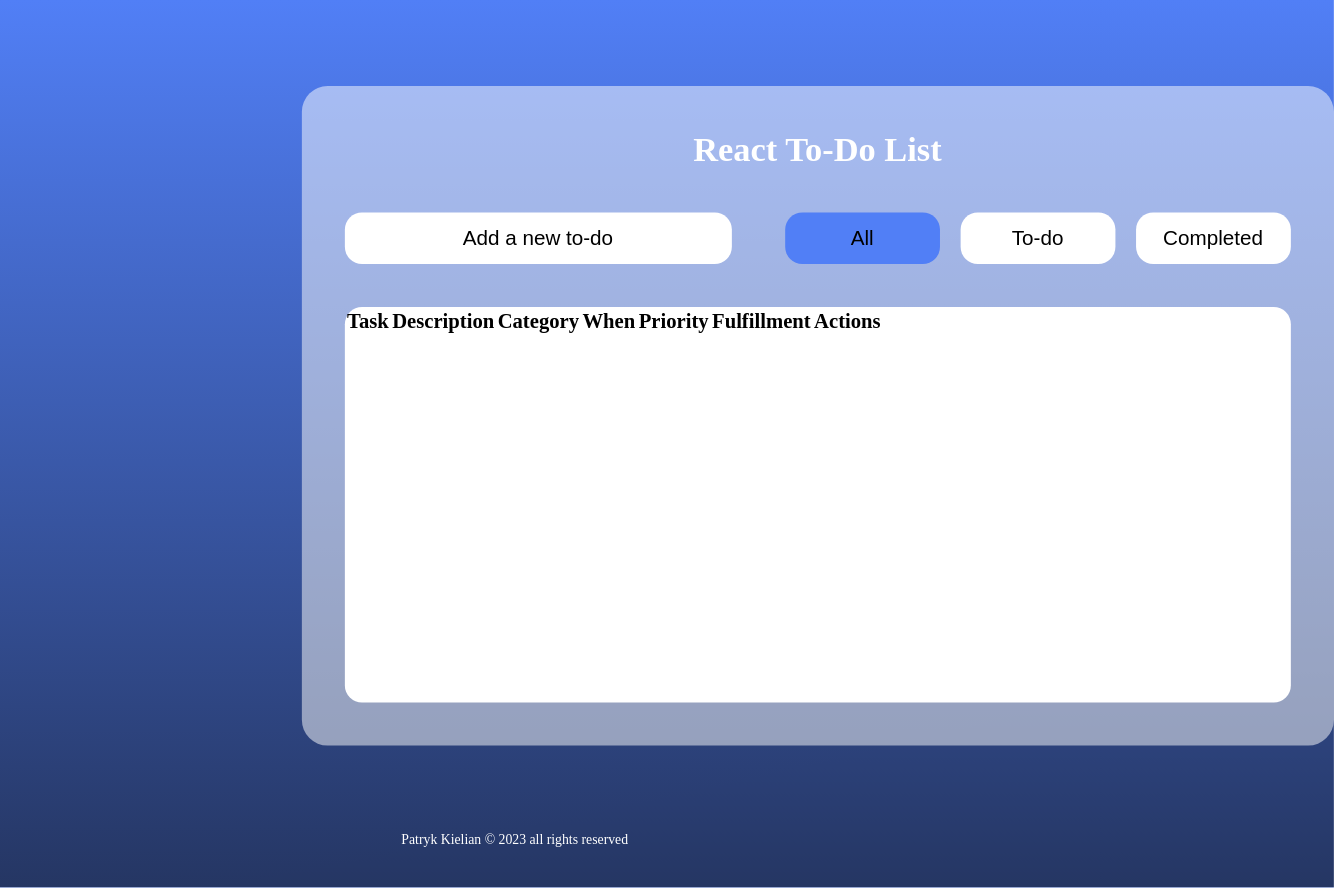
Repository: mirajane2/maquette-todo
Page: index.html
An editor plug-in stored every save of this project. The page is shown before and after the next save, followed by the edit.
The browser window is 1280 px wide. The page is 1551 px wide, so the pictures cover 1551 px, including what lies to the right of the window. The pictures show the whole page, at 86% of full size.
The page's requests for data from a server got no answer.

Above is the page before, as saved 2024-11-14 15:50:58.

After the next save:
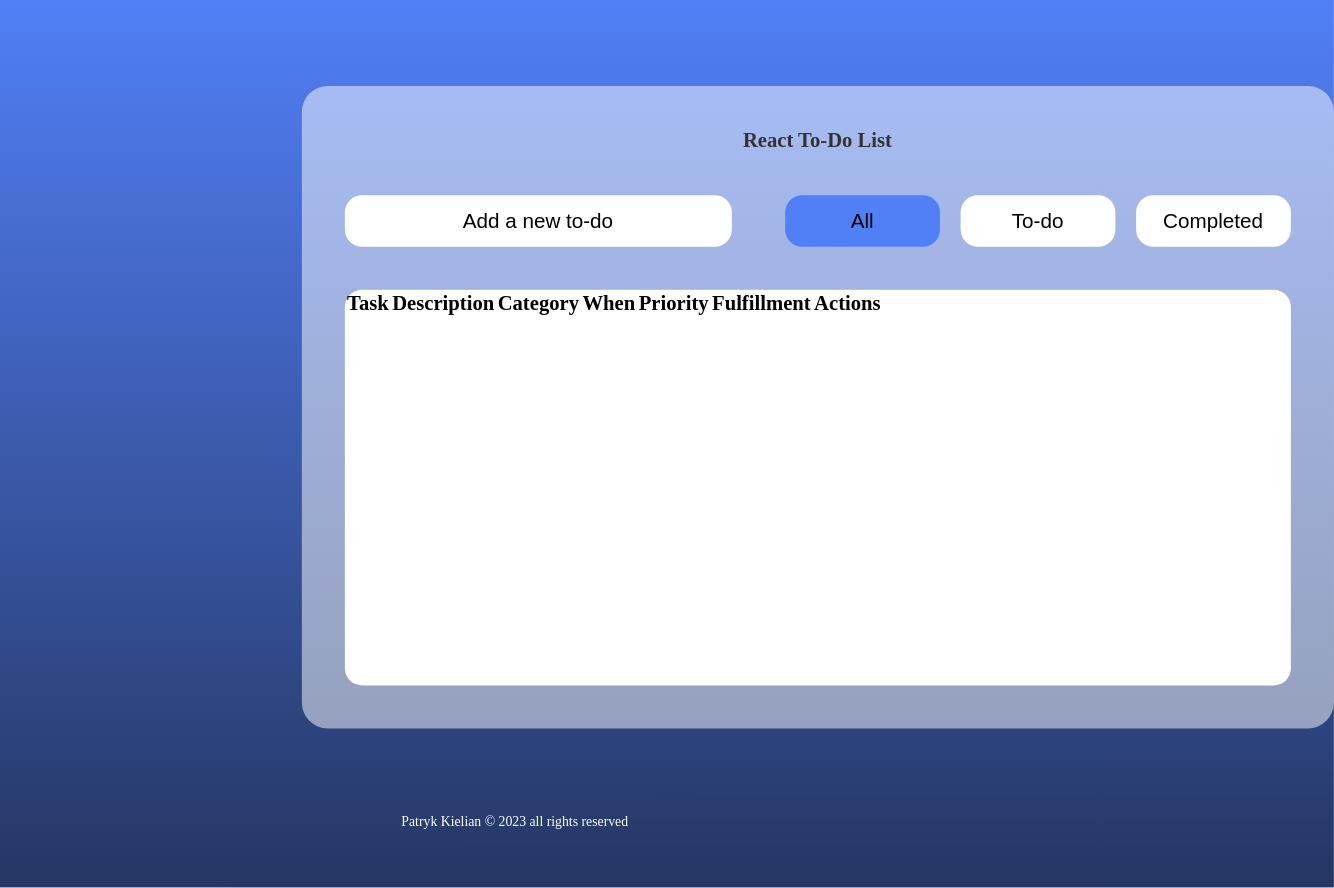
Saved 10 s later.
--- a/index.css
+++ b/index.css
@@ -91,6 +91,41 @@
     text-align: center;
 
 }
+.form-container {
+    display: flex;
+    align-items: center;
+    justify-content: center;
+    min-height: 100vh;
+    background: linear-gradient(135deg, #a5c0ff, #708eff);
+}
+
+/* Modal Content */
+.modal-content {
+    background-color: #ffffff;
+    border-radius: 10px;
+    padding: 20px 40px;
+    box-shadow: 0px 4px 10px rgba(0, 0, 0, 0.1);
+    max-width: 500px;
+    width: 100%;
+}
+
+/* Form Heading */
+.titre {
+    text-align: center;
+    font-size: 24px;
+    font-weight: bold;
+    color: #333333;
+    margin-bottom: 20px;
+}
+
+.table h2 {
+    font-size: 18px;
+    color: #555555;
+    margin-bottom: 20px;
+    text-align: center;
+}
+
+/* Labels */
 label {
     font-weight: 600;
     color: #555555;
@@ -98,6 +133,7 @@
     display: block;
 }
 
+/* Input fields */
 input[type="text"],
 input[type="date"],
 input[type="time"],
@@ -110,6 +146,33 @@
     border: 1px solid #cccccc;
     font-size: 14px;
 }
+
+/* Textarea specific styling */
+textarea {
+    resize: vertical;
+    min-height: 60px;
+}
+
+/* Priority Dropdown */
+select {
+    padding: 8px;
+}
+
+/* Fulfillment Range Slider */
+input[type="range"] {
+    width: 100%;
+    margin-top: 8px;
+}
+
+/* Buttons */
+button {
+    border: none;
+    padding: 10px 20px;
+    border-radius: 5px;
+    font-size: 14px;
+    cursor: pointer;
+}
+
 #enregistrer {
     background-color: #357ae8;
     color: white;
@@ -120,3 +183,12 @@
     background-color: #e0e0e0;
     color: #333333;
 }
+
+/* Hover Effects for Buttons */
+#enregistrer:hover {
+    background-color: #2859b5;
+}
+
+#supprimer:hover {
+    background-color: #cccccc;
+}

After the 4 saves that followed:
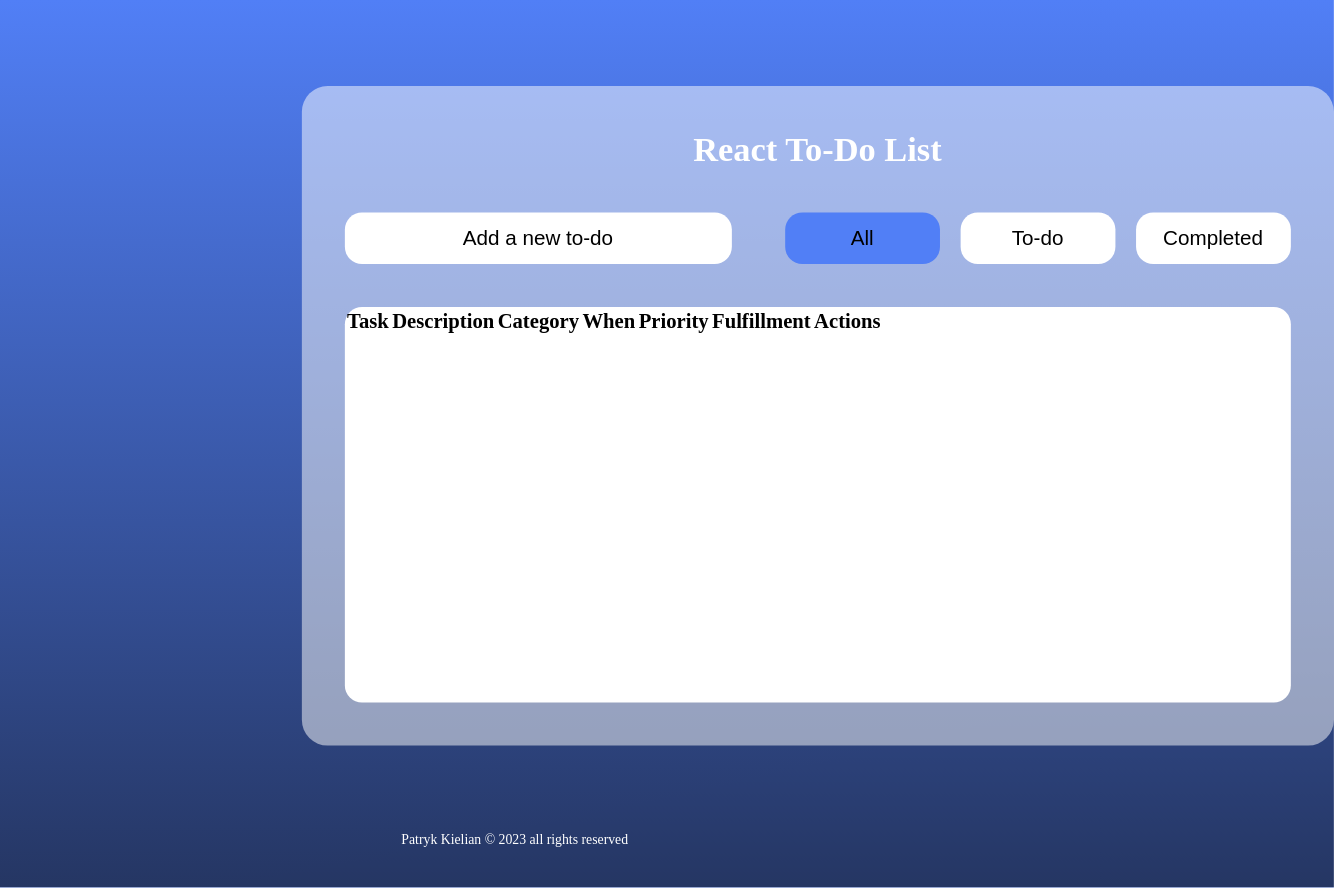
The 4 saves are shown as one change because 3 left the picture as it was.
The last was saved 114 s later.
--- a/index.html
+++ b/index.html
@@ -47,7 +47,7 @@
         <div class ="modal-content">
             <div class="content">
                 <h1 class="titre">React To-Do List</h1>
-                <div>
+                <div class="form">
                     <h2> Add a new todo : </h2>
                     <label> Name :</label>
                     <input type="text" id="name" placeholder="name for the task you're going to do">
--- a/index.css
+++ b/index.css
@@ -109,16 +109,9 @@
     width: 100%;
 }
 
-/* Form Heading */
-.titre {
-    text-align: center;
-    font-size: 24px;
-    font-weight: bold;
-    color: #333333;
-    margin-bottom: 20px;
-}
 
-.table h2 {
+
+.form h2 {
     font-size: 18px;
     color: #555555;
     margin-bottom: 20px;
@@ -147,24 +140,23 @@
     font-size: 14px;
 }
 
-/* Textarea specific styling */
+
 textarea {
     resize: vertical;
     min-height: 60px;
 }
 
-/* Priority Dropdown */
+
 select {
     padding: 8px;
 }
 
-/* Fulfillment Range Slider */
+
 input[type="range"] {
     width: 100%;
     margin-top: 8px;
 }
 
-/* Buttons */
 button {
     border: none;
     padding: 10px 20px;
@@ -184,7 +176,7 @@
     color: #333333;
 }
 
-/* Hover Effects for Buttons */
+
 #enregistrer:hover {
     background-color: #2859b5;
 }
